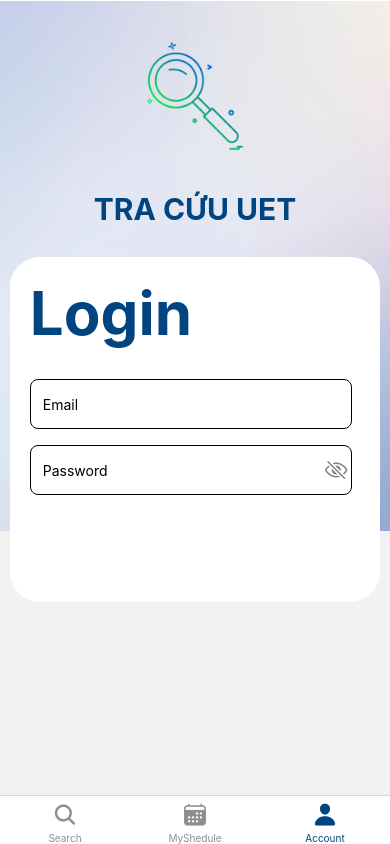
Repository: nguyenkhackien/Student-Progress-Tracker-
Screen: /Account (app in MyApp/)
An editor plug-in stored every save of this project. The screen is shown before and after the next save, followed by the edit.
The app was drawn by React Native's web renderer in a window 390 px wide. The project was rebuilt for these pictures with package versions that can differ from the ones it lists, and the page was loaded fresh each time. Also part of the build but not shown: MyApp/src/components/MyScheduleScreen.js.

Above is the screen before, as saved 2024-07-21 21:57:03.

### MyApp/App.js
import { createBottomTabNavigator } from "@react-navigation/bottom-tabs"
import { StatusBar } from "react-native"
import { Platform, SafeAreaView, StyleSheet, Text, View } from "react-native"
import AccountScreen from "./src/components/AccountScreen"
import MyScheduleScreen from "./src/components/MyScheduleScreen"
import SearchScreen from "./src/components/SearchSreen"
import { NavigationContainer } from "@react-navigation/native"
import { primaryColor } from "./src/Constants/Color"
import { Ionicons } from "@expo/vector-icons"

const Tab = createBottomTabNavigator()
const screenOptions = {
    headerShown: false,
    tabBarActiveTintColor: primaryColor,
}
export default function App() {
    return (
        <SafeAreaView style={styles.root}>
            <NavigationContainer>
                <Tab.Navigator screenOptions={screenOptions}>
                    <Tab.Screen
                        name="Search"
                        component={SearchScreen}
                        options={{
                            tabBarIcon: ({ focus, color, size }) => {
                                return (
                                    <Ionicons
                                        name={"search"}
                                        size={size}
                                        color={color}
                                    />
                                )
                            },
                        }}
                    />
                    <Tab.Screen
                        name="MyShedule"
                        component={MyScheduleScreen}
                        options={{
                            tabBarIcon: ({ focus, color, size }) => {
                                return (
                                    <Ionicons
                                        name={"calendar"}
                                        size={size}
                                        color={color}
                                    />
                                )
                            },
                        }}
                    />
                    <Tab.Screen
                        name="Account"
                        component={AccountScreen}
                        options={{
                            tabBarIcon: ({ focus, color, size }) => {
                                return (
                                    <Ionicons
                                        name={"person"}
                                        size={size}
                                        color={color}
                                    />
                                )
                            },
                        }}
                    />
                </Tab.Navigator>
            </NavigationContainer>
        </SafeAreaView>
    )
}
const styles = StyleSheet.create({
    root: {
        flex: 1,
        paddingTop: Platform.OS === "android" ? StatusBar.currentHeight : 1,
    },

})

### MyApp/src/components/AccountScreen.js
import { StyleSheet, Text, View } from "react-native"
import LoginScreen from "./LoginScreen"
export default function AccountScreen() {
    return (
        <LoginScreen/>
    )
}
const style = StyleSheet.create({

})

### MyApp/src/components/SearchSreen.js
import { StyleSheet, Text, View } from "react-native"

export default function SearchScreen() {
    return (
        <View>
            <Text> Search screen</Text>
        </View>
    )
}

### MyApp/src/Constants/Color.js
export const primaryColor = "#004580"

### MyApp/src/components/LoginScreen.js
import React, { useState } from "react"
import {
    View,
    Text,
    Image,
    TextInput,
    TouchableOpacity,
    ImageBackground,
} from "react-native"
import { Ionicons } from "@expo/vector-icons"
import { primaryColor } from "../Constants/Color"

const LoginScreen = () => {
    const [Email, setEmail] = useState("")
    const [password, setPassword] = useState("")
    const [passwordVisible, setPasswordVisible] = useState(false)

    const togglePasswordVisibility = () => {
        setPasswordVisible(!passwordVisible)
    }

    return (
        <View>
            <ImageBackground
                source={require("../../assets/bgc.png")}
                style={{ width: "100%", height: "100%" }}
            >
                <View style={styles.container}>
                    <Image
                        source={require("../../assets/logo.png")}
                        style={styles.logoIcon}
                    />
                    <Text style={styles.title}>TRA CỨU UET</Text>
                    <View style={styles.loginContainer}>
                        <Text style={styles.title}>
                            <Text style={{fontSize:60}}>Login</Text>
                        </Text>
                        <View style={styles.inputContainer}>
                            <TextInput
                                style={styles.input}
                                onChangeText={setEmail}
                                value={Email}
                                placeholder="Email"
                            />
                        </View>
                        <View style={styles.inputContainer}>
                            <TextInput
                                style={styles.input}
                                onChangeText={setPassword}
                                value={password}
                                placeholder="Password"
                                secureTextEntry={!passwordVisible}
                            />
                            <TouchableOpacity
                                onPress={togglePasswordVisibility}
                                style={styles.eyeIcon}
                            >
                                <Ionicons
                                    name={
                                        passwordVisible
                                            ? "eye-outline"
                                            : "eye-off-outline"
                                    }
                                    size={24}
                                    color="grey"
                                />
                            </TouchableOpacity>
                        </View>
                    </View>
                </View>
            </ImageBackground>
        </View>
    )
}

const styles = {
    container: {
        flex: 1,
        alignItems:'center',
    },
    title: {
        fontSize: 30,
        fontWeight: "bold",
        marginBottom: 30,
        color:primaryColor,
    },
    logoIcon: {
        width: 150,
        height: 150,
        marginVertical:20,
    },
    loginContainer: {
        width: '95%',
        height:'65%',
        padding: 20,
        backgroundColor: 'white',
        borderRadius:30,
    },
    inputContainer: {
        flexDirection: "row",
        alignItems: "center",
        marginBottom: 16,
    },
    input: {
        flex: 1,
        height: 50,
        borderWidth: 1,
        borderRadius: 8,
        paddingHorizontal: 12,
        marginRight: 8,
    },
    phoneIcon: {
        position: "absolute",
        right: 12,
    },
    eyeIcon: {
        position: "absolute",
        right: 12,
    },
}

export default LoginScreen

After the next save:
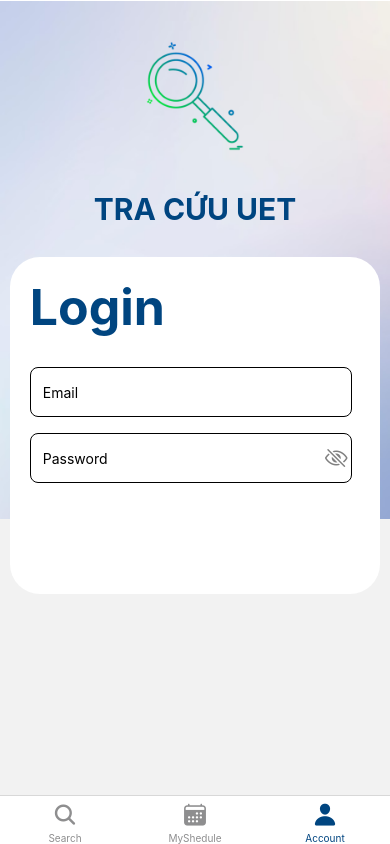
Saved 9 s later.
--- a/MyApp/src/components/LoginScreen.js
+++ b/MyApp/src/components/LoginScreen.js
@@ -33,7 +33,7 @@ const LoginScreen = () => {
                     <Text style={styles.title}>TRA CỨU UET</Text>
                     <View style={styles.loginContainer}>
                         <Text style={styles.title}>
-                            <Text style={{fontSize:60}}>Login</Text>
+                            <Text style={{fontSize:50}}>Login</Text>
                         </Text>
                         <View style={styles.inputContainer}>
                             <TextInput
